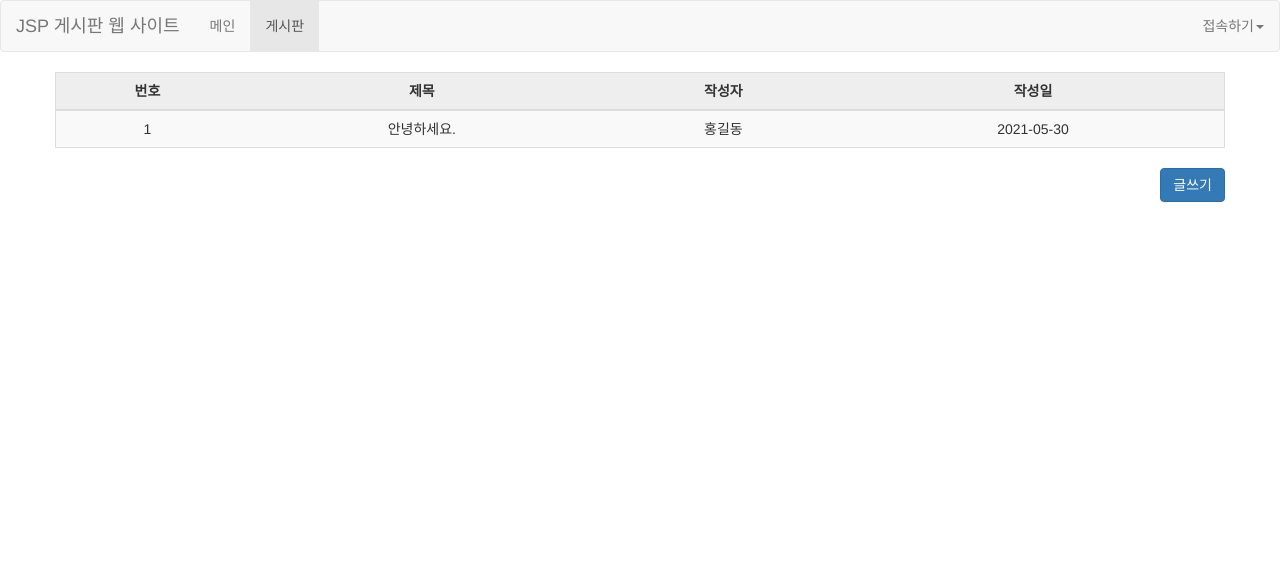
Repository: hanseu9839/BbsJSP
Page: http://localhost/BBS/view.jsp
An editor plug-in stored every save of this project. The page is shown before and after the next save, followed by the edit.
The browser window is 1280 px wide. The pictures show the whole page.
The page is served by Tomcat 9.

Above is the page before, as saved 2021-05-03 00:03:17.

After the next save:
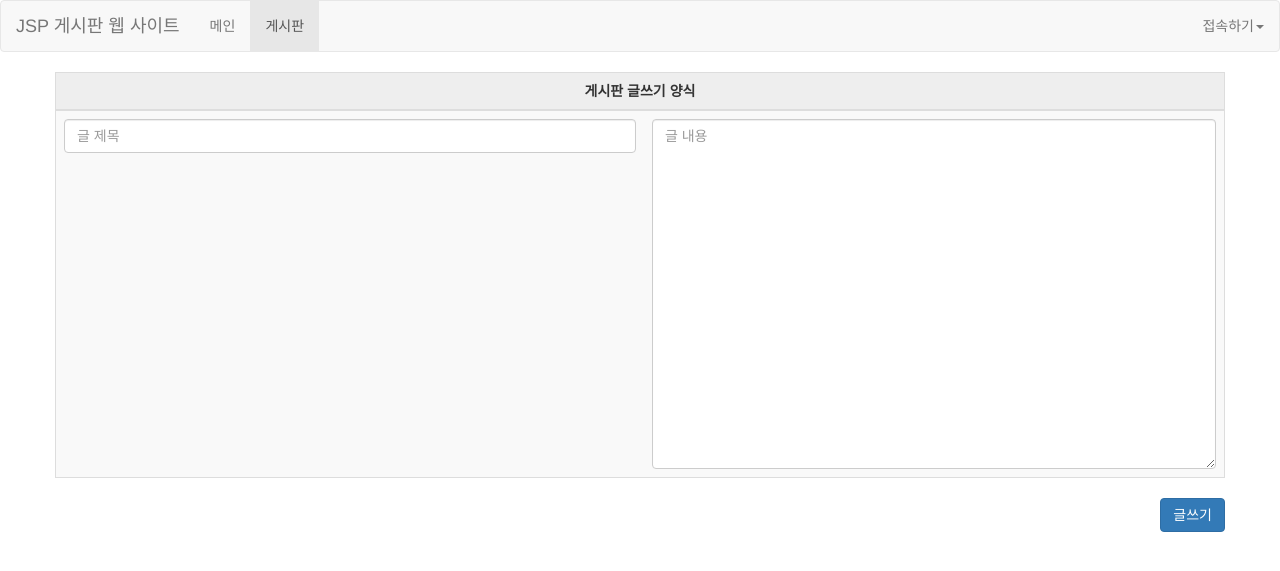
Saved 14 min 30 s later.
--- a/BBS/src/main/webapp/view.jsp
+++ b/BBS/src/main/webapp/view.jsp
@@ -71,18 +71,14 @@
    			<table class = "table table-striped" style =" text-align: center; border: 1px solid #dddddd">
    				<thead>
    					<tr>
-   						<th style="background-color: #eeeeee; text-align: center;">번호</th>
-   						<th style="background-color: #eeeeee; text-align: center;">제목</th>
-   						<th style="background-color: #eeeeee; text-align: center;">작성자</th>
-   						<th style="background-color: #eeeeee; text-align: center;">작성일</th>
+   						<th colspan="2" style="background-color: #eeeeee; text-align: center;">게시판 글쓰기 양식</th>
    					</tr>
    				</thead>
    				<tbody>
    					<tr>
-   						<td>1</td>
-  						<td>안녕하세요.</td>
-   						<td>홍길동</td>
-   						<td>2021-05-30</td>
+   						<td><input type="text" class="form-control" placeholder="글 제목" name="bbsTitle" maxlength="50"></td>
+  						<td><textarea type="text" class="form-control" placeholder="글 내용" name="bbsContent" maxlength="2048" style="height:350px"></textarea></td>
+
   					</tr>
    				</tbody>
    			</table>
